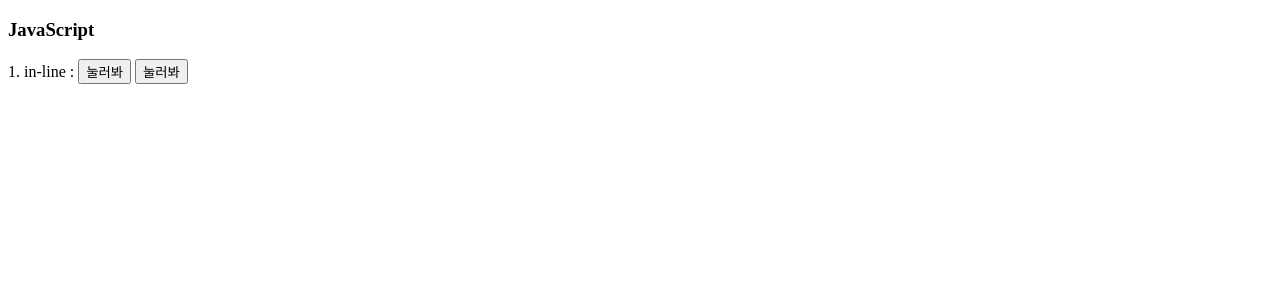
Repository: poomshen/team_03_project2
Page: JavaScript/WebContent/Ex01_Script.html
The author's editor kept a copy of each file at every save. The page is drawn from the files as they stood at one save, then again after the next save.
The browser window is 1280 px wide. The pictures show the whole page.

Above is the page before, as saved 2016-08-30 00:49:08.

After the next save:
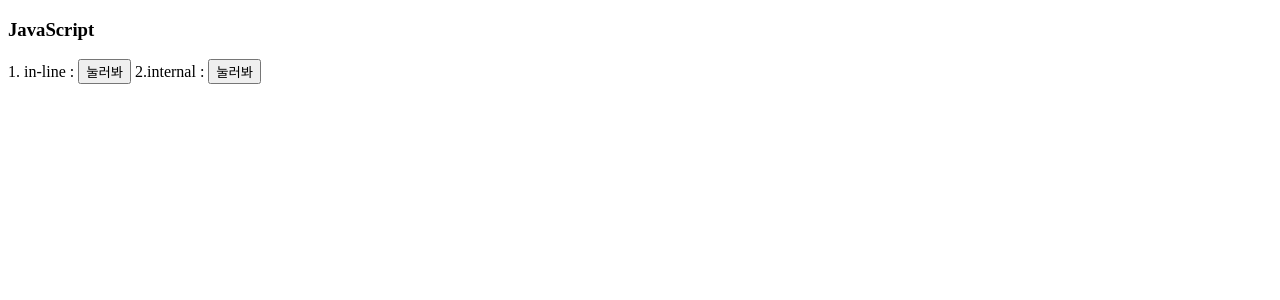
Saved 21 s later.
--- a/JavaScript/WebContent/Ex01_Script.html
+++ b/JavaScript/WebContent/Ex01_Script.html
@@ -37,6 +37,8 @@
 		<h3>JavaScript</h3>
 		1. in-line :
 		<input type="button" value="눌러봐" onclick="alart('inline')">
+
+		2.internal :
 		<input type="button" value="눌러봐" onclick="call()">
 </body>
 </html>
